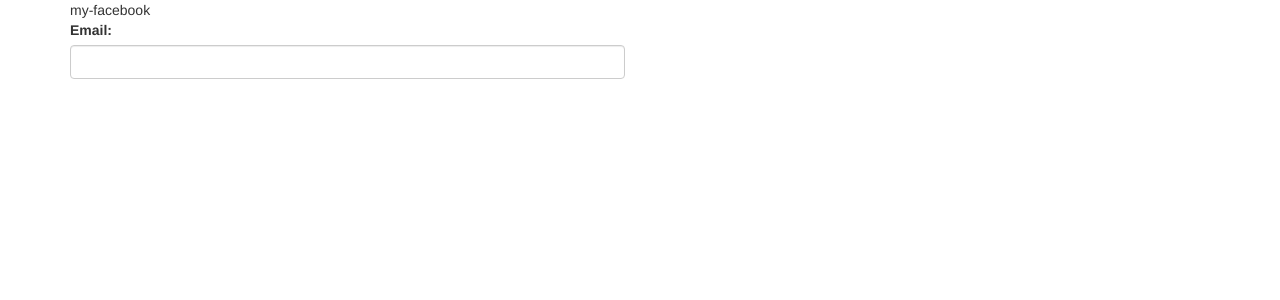
Repository: nagabhushanamn/itc-batch
Page: new/my-facebook/WebContent/index.html
The author's editor kept a copy of each file at every save. The page is drawn from the files as they stood at one save, then again after a run of saves.
The browser window is 1280 px wide. The pictures show the whole page.

Above is the page before, as saved 2017-03-18 10:35:52.

After the next 2 saves:
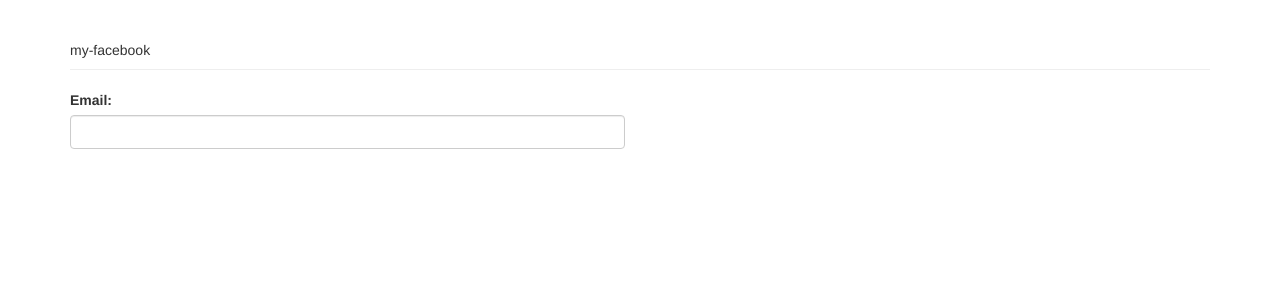
The 2 saves are shown as one change because they came seconds apart.
The last was saved 9 s later.
--- a/new/my-facebook/WebContent/index.html
+++ b/new/my-facebook/WebContent/index.html
@@ -7,7 +7,8 @@
 </head>
 <body class="container">
 
-	<div>my-facebook</div>
+	<div class="page-header">my-facebook</div>
+
 	<div class="row">
 
 		<div class="col-sm-6">
